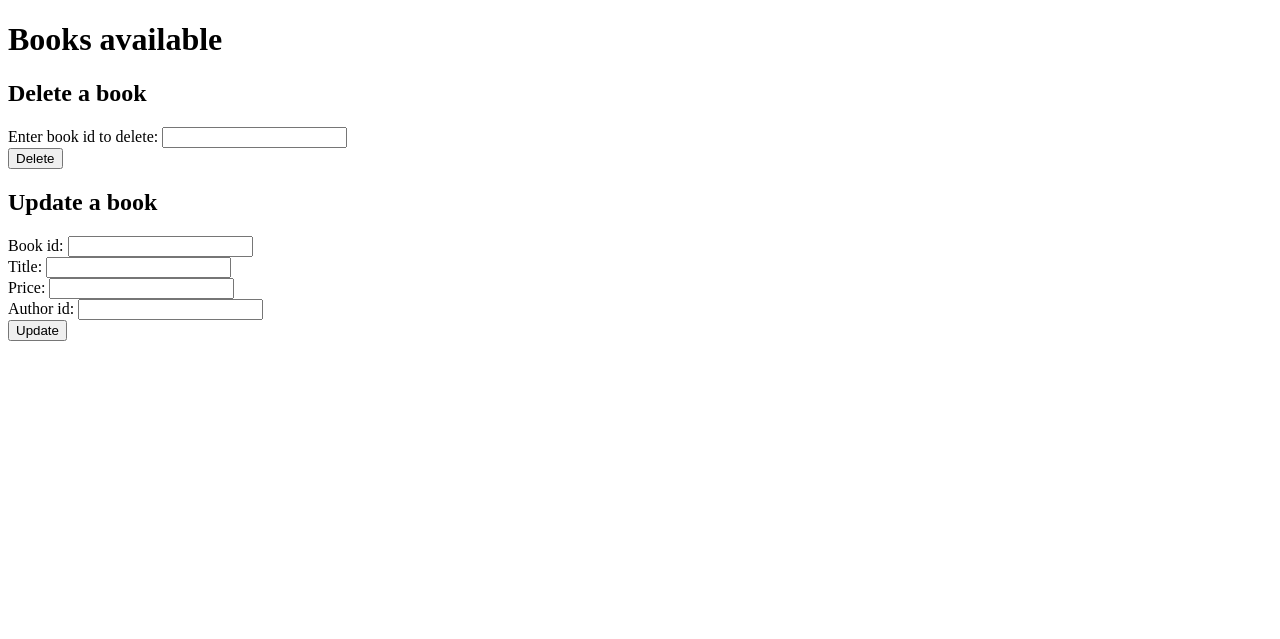
Repository: shriguru-varshini/CarRental
Page: shop/src/main/resources/static/books.html
The author's editor kept a copy of each file at every save. The page is drawn from the files as they stood at one save, then again after the next save.
The browser window is 1280 px wide. The pictures show the whole page.
The page's requests for data from a server got no answer.

Above is the page before, as saved 2025-03-03 11:08:11.

### shop/src/main/resources/static/books.html
<!DOCTYPE html>
<html lang="en">
<head>
<meta charset="UTF-8">
<meta name="viewport" content="width=device-width, initial-scale=1.0">
<title>JavaScript Book System</title>
</head>
<body>
<h1>Books available</h1>
<ul id="bookList"></ul>

   <!--  <label for="bookId">Enter book id:</label>
<input type="number" id="bookId">
<button onclick="fetchBookById()">Search book</button>

    <h2>Book details:</h2>
<p id="bookDetails"></p>

    <h2>Add a new book</h2>
<label for="newBookId">Book id:</label>
<input type="number" id="newBookId"><br>
<label for="newBookTitle">Title:</label>
<input type="text" id="newBookTitle"><br>
<label for="newBookPrice">Price:</label>
<input type="number" id="newBookPrice"><br>
<label for="newAuthorId">Author id:</label>
<input type="number" id="newAuthorId"><br>
<button onclick="submitBooks()">Submit</button> -->

    <h2>Delete a book</h2>
<label for="deleteBookId">Enter book id to delete:</label>
<input type="number" id="deleteBookId"><br>
<button onclick="deleteBook()">Delete</button>
<h2>Update a book</h2>
<label for="updateBookId">Book id:</label>
<input type="number" id="updateBookId"><br>
<label for="updateBookTitle">Title:</label>
<input type="text" id="updateBookTitle"><br>
<label for="updateBookPrice">Price:</label>
<input type="number" id="updateBookPrice"><br>
<label for="updateAuthorId">Author id:</label>
<input type="number" id="updateAuthorId"><br>
<button onclick="updateBook()">Update</button>
<script>
        // Fetch books dynamically
         fetch('/api/books')
        .then(response => response.json())
        .then(data => {
            const list = document.getElementById('bookList');
            data.forEach(book => {
                const li = document.createElement('li');
                li.textContent = `${book.title} having price ${book.price} with author id ${book.authorId}`;
                list.appendChild(li);
            });
        })
        .catch(error => console.error('Error fetching books data', error));

        // Fetch book by id
         function fetchBookById() {
            const bookId = document.getElementById("bookId").value;
            if (!bookId) {
                alert("Please enter some book id");
                return;
            }
            fetch(`api/books/${bookId}`)
            .then(response => {
                if (!response.ok) {
                    throw new Error("Book not found");
                }
                return response.text();
            })
            .then(book => {
                document.getElementById("bookDetails").textContent =
                    `Title: ${book.title} || Price: ${book.price} || Author ID: ${book.authorId}`;
            })
            .catch(error => {
                document.getElementById("bookDetails").textContent = "Book not found";
            });
        }
        // Submit books (dummy function for demonstration)
        function submitBooks() {
            const newBookId = document.getElementById("newBookId").value;
            const newBookTitle = document.getElementById("newBookTitle").value;
            const newBookPrice = document.getElementById("newBookPrice").value;
            const newAuthorId = document.getElementById("newAuthorId").value;

            if (!newBookId || !newBookTitle || !newBookPrice || !newAuthorId) {
                alert("Please fill in all fields");
                return;
            }

            const newBook = {
                id: newBookId,
                title: newBookTitle,
                price: newBookPrice,
                authorId: newAuthorId
            };

            fetch('/api/books', {
                method: 'POST',
                headers: {
                    'Content-Type': 'application/json'
                },
                body: JSON.stringify(newBook)
            })
            .then(response => {
                if (!response.ok) {
                    throw new Error("Failed to add book");
                }
                return response.json();
            })
            .then(data => {
                alert("Book added successfully");
                // Optionally, update the book list dynamically
                const list = document.getElementById('bookList');
                const li = document.createElement('li');
                li.textContent = `Book Id: ${data.id}   Book Title: ${data.title}   Book Price:  ${data.price}   Author id:  ${data.authorId}`;
                list.appendChild(li);
            })
            .catch(error => {
                console.error('Error adding book:', error);
                alert("Error adding book");
            });
            fetch('/api/books')
        	.then(response => response.json())

        	.then(data => {

        		const list = document.getElementById('bookList');

        		data.forEach(book => {

        			const li = document.createElement('li');

        			 li.textContent = `Book Id: ${data.id}   Book Title: ${data.title}   Book Price:  ${data.price}   Author id:  ${data.authorId}`;
                     list.appendChild(li);

        		})

        	})

        	.catch(error => console.error('Error fetching books data', error));
        }
	   async function deleteBook() {
     const deleteBookId = document.getElementById('deleteBookId').value;
     if (!deleteBookId) {
         alert("Please enter a valid book ID to delete.");
         return;
     }

     try {
         const response = await fetch(`/api/books/${deleteBookId}`, {
             method: "DELETE"
         });

         if (!response.ok) {
             throw new Error("Failed to delete book");
         }

         alert(`Book with ID ${deleteBookId} deleted successfully!`);
     } catch (error) {
         console.error('Error deleting book:', error);
     }
}
	 function updateBook() {
     const updateBookId = document.getElementById("updateBookId").value;
     const updateBookTitle = document.getElementById("updateBookTitle").value;
     const updateBookPrice = document.getElementById("updateBookPrice").value;
     const updateAuthorId = document.getElementById("updateAuthorId").value;

     if (!updateBookId || !updateBookTitle || !updateBookPrice || !updateAuthorId) {
         alert("Please fill in all fields");
         return;
     }

     const updatedBook = {
         title: updateBookTitle,
         price: updateBookPrice,
         authorId: updateAuthorId
     };

     fetch(`/api/books/${updateBookId}`, {
         method: 'PUT',
         headers: {
             'Content-Type': 'application/json'
         },
         body: JSON.stringify(updatedBook)
     })
     .then(response => {
         if (!response.ok) {
             throw new Error("Failed to update book");
         }
         return response.text();
     })
     .then(data => {
         alert("Book updated successfully");
         fetchBooks(); // Fetch and print all books after updating a book
     })
     .catch(error => {
         console.error('Error updating book:', error);
         alert("Error updating book");
     });
}

</script>
</body>
</html>

After the next save:
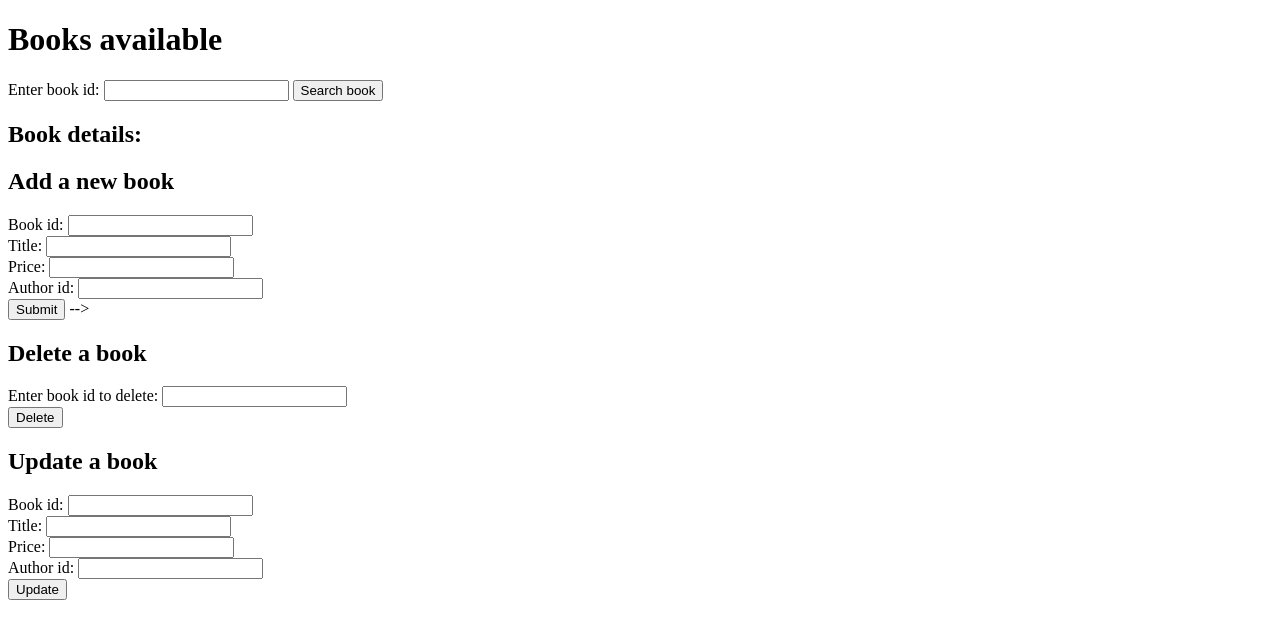
Saved 70 s later.
--- a/shop/src/main/resources/static/books.html
+++ b/shop/src/main/resources/static/books.html
@@ -9,7 +9,7 @@
 <h1>Books available</h1>
 <ul id="bookList"></ul>
 
-   <!--  <label for="bookId">Enter book id:</label>
+ <label for="bookId">Enter book id:</label>
 <input type="number" id="bookId">
 <button onclick="fetchBookById()">Search book</button>
 
